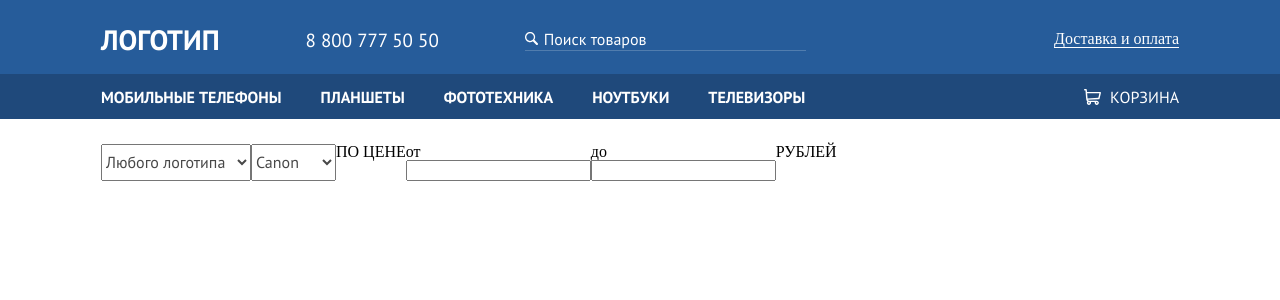
Repository: sem1103/WEBCompany
Page: index.html
The author's editor kept a copy of each file at every save. The page is drawn from the files as they stood at one save, then again after the next save.
The browser window is 1280 px wide. The pictures show the whole page.

Above is the page before, as saved 2024-01-11 19:31:08.

### index.html
<!DOCTYPE html>
<html lang="en">

<head>
    <meta charset="UTF-8">
    <meta name="viewport" content="width=device-width, initial-scale=1.0">
    <title>Интернет магазин</title>

    <link rel="preconnect" href="https://fonts.googleapis.com">
    <link rel="preconnect" href="https://fonts.gstatic.com" crossorigin>
    <link href="https://fonts.googleapis.com/css2?family=PT+Sans:wght@400;700&display=swap" rel="stylesheet">

    <link rel="stylesheet" href="styles/reset.css">
    <link rel="stylesheet" href="styles/main.css">
</head>

<body>
    <div id="page">
        <header>
            <div class="container">
                <div class="header__logo">
                    <span>ЛОГОТИП</span>
                </div>
                <p class="phone__number"><a href="tel:+78007775050">8 800 777 50 50</a></p>
                <div class="search__items">
                    <button>
                        <svg xmlns="http://www.w3.org/2000/svg" width="13" height="13" viewBox="0 0 13 13" fill="none">
                            <path
                                d="M8.68135 1.48741C6.69814 -0.495804 3.4703 -0.495804 1.48709 1.48741C-0.495696 3.47106 -0.495696 6.69846 1.48709 8.6821C3.2532 10.4478 6.00382 10.6369 7.98574 9.25819C8.02744 9.45553 8.12289 9.64383 8.27637 9.79731L11.1646 12.6855C11.5855 13.1055 12.2656 13.1055 12.6843 12.6855C13.1048 12.265 13.1048 11.5849 12.6843 11.1657L9.79613 8.27669C9.64351 8.1245 9.45477 8.02863 9.25744 7.98692C10.6371 6.00457 10.4479 3.25438 8.68135 1.48741ZM7.76949 7.77024C6.28885 9.25089 3.87916 9.25089 2.39895 7.77024C0.919166 6.2896 0.919166 3.88034 2.39895 2.3997C3.87916 0.919489 6.28885 0.919489 7.76949 2.3997C9.25013 3.88034 9.25013 6.2896 7.76949 7.77024Z"
                                fill="white" />
                        </svg>
                    </button>
                        <input type="text" name="itemName" placeholder="Поиск товаров">

                </div>
                <p class="delivery"><a href="">Доставка и оплата</a></p>
                <a href="" class="mobile__cart">
                    <svg xmlns="http://www.w3.org/2000/svg" width="21" height="20" viewBox="0 0 21 20" fill="none">
                        <path d="M20.1372 3.64139H3.71775L3.47368 0.816059C3.43376 0.354025 3.0611 0 2.61469 0H0.862433C0.386124 0 0 0.401223 0 0.896159C0 1.39109 0.386124 1.79232 0.862433 1.79232H1.82622C2.35292 7.8897 0.991675 -7.86977 2.81815 13.2755C2.88854 14.1031 3.31889 15.0012 4.06025 15.6114C2.72361 17.3851 3.94489 20 6.11917 20C7.92379 20 9.19662 18.1298 8.57776 16.3584H13.298C12.6799 18.1275 13.95 20 15.7566 20C17.1983 20 18.3713 18.7812 18.3713 17.2831C18.3713 15.7849 17.1983 14.5661 15.7566 14.5661H6.125C5.46988 14.5661 4.89899 14.1554 4.65258 13.557L18.4354 12.7153C18.8117 12.6924 19.13 12.4181 19.2215 12.0381L20.9739 4.75489C21.1097 4.19014 20.6983 3.64139 20.1372 3.64139ZM6.11917 18.2077C5.62857 18.2077 5.22939 17.7929 5.22939 17.2831C5.22939 16.7732 5.62857 16.3584 6.11917 16.3584C6.60981 16.3584 7.009 16.7732 7.009 17.2831C7.009 17.7929 6.60981 18.2077 6.11917 18.2077ZM15.7565 18.2077C15.2659 18.2077 14.8667 17.7929 14.8667 17.2831C14.8667 16.7732 15.2659 16.3584 15.7565 16.3584C16.2472 16.3584 16.6464 16.7732 16.6464 17.2831C16.6464 17.7929 16.2472 18.2077 15.7565 18.2077ZM17.7018 10.9648L4.42042 11.7758L3.87257 5.43367H19.0326L17.7018 10.9648Z" fill="white"/>
                      </svg>
                </a>
            </div>

            <nav>
                <ul class="container">
                    <li><a href="">МОБИЛЬНЫЕ ТЕЛЕФОНЫ</a></li>
                    <li><a href="">ПЛАНШЕТЫ</a></li>
                    <li><a href="">ФОТОТЕХНИКА</a></li>
                    <li><a href="">НОУТБУКИ</a></li>
                    <li><a href="">ТЕЛЕВИЗОРЫ</a></li>

                    <li class="desc__cart"><a href="">
                       <svg xmlns="http://www.w3.org/2000/svg" width="17" height="16" viewBox="0 0 17 16" fill="none">
                            <path d="M16.3015 2.91311H3.0096L2.81202 0.652847C2.77971 0.28322 2.47804 0 2.11666 0H0.69816C0.312576 0 0 0.320979 0 0.716927C0 1.11288 0.312576 1.43385 0.69816 1.43385H1.47837C1.90475 6.31176 0.802785 -6.29581 2.28136 10.6204C2.33834 11.2825 2.68672 12.0009 3.28687 12.4891C2.20482 13.9081 3.19349 16 4.95361 16C6.4145 16 7.44488 14.5038 6.9439 13.0868H10.765C10.2647 14.502 11.2928 16 12.7553 16C13.9224 16 14.872 15.0249 14.872 13.8264C14.872 12.628 13.9224 11.6529 12.7553 11.6529H4.95834C4.428 11.6529 3.96585 11.3243 3.76638 10.8456L14.9239 10.1723C15.2285 10.1539 15.4862 9.93446 15.5603 9.63048L16.9789 3.80391C17.0888 3.35211 16.7558 2.91311 16.3015 2.91311ZM4.95361 14.5661C4.55646 14.5661 4.23331 14.2343 4.23331 13.8264C4.23331 13.4186 4.55646 13.0868 4.95361 13.0868C5.3508 13.0868 5.67395 13.4186 5.67395 13.8264C5.67395 14.2343 5.3508 14.5661 4.95361 14.5661ZM12.7553 14.5661C12.3581 14.5661 12.035 14.2343 12.035 13.8264C12.035 13.4186 12.3581 13.0868 12.7553 13.0868C13.1525 13.0868 13.4756 13.4186 13.4756 13.8264C13.4756 14.2343 13.1525 14.5661 12.7553 14.5661ZM14.33 8.77181L3.57844 9.42062L3.13494 4.34693H15.4073L14.33 8.77181Z" fill="white"/>
                          </svg>
                        КОРЗИНА</a></li>
                </ul>
            </nav>
        </header>

        <main>
            <div class="filter-title container">
                <select name="" id="logo__filter">
                    <option value="Любого логотипа">Любого логотипа</option>
                    <option value="Компакт-камера">Компакт-камера</option>
                    <option value="Беззеркальная">Беззеркальная</option>
                    <option value="Зеркальная">Зеркальная</option>
                    <option value="Среднеформатная">Среднеформатная</option>
                </select>

                <select name="" id="brand__filter">
                    <option value="Canon">Canon</option>
                    <option value="Nikon">Nikon</option>
                    <option value="Sony">Sony</option>
                    <option value="Fujifilm">Fujifilm</option>
                    <option value="Samsung">Samsung</option>
                    <option value="Olympus">Olympus</option>

                </select>

                <div class="price__filter">
                    <p>ПО ЦЕНЕ</p>

                    <div class="price__from">
                        <p>от</p>
                        <input type="number" name="fromPrice" >
                    </div>
                    <div class="price__to">
                        <p>до</p>
                        <input type="number" name="toPrice" >

                    </div>
                    <p>РУБЛЕЙ</p>
                </div>
            </div>
        </main>

    </div>
</body>

</html>

### styles/reset.css
:root{
    --blue: #265C9A;
    --darkBlue: #1F497B;
    --yellow: #FBFF3D;
    --fontPT: 'PT Sans'
 }
html{
    scroll-behavior: smooth;
}
html,
body,
div,
span,
applet,
object,
iframe,
h1,
h2,
h3,
h4,
h5,
h6,
p,
blockquote,
pre,
a,
abbr,
acronym,
address,
big,
cite,
code,
del,
dfn,
em,
img,
ins,
kbd,
q,
s,
samp,
small,
strike,
strong,
sub,
sup,
tt,
var,
b,
u,
i,
center,
dl,
dt,
dd,
ol,
ul,
li,
fieldset,
form,
label,
legend,
table,
caption,
tbody,
tfoot,
thead,
tr,
th,
td,
article,
aside,
canvas,
details,
embed,
figure,
figcaption,
footer,
header,
hgroup,
menu,
nav,
output,
ruby,
section,
summary,
time,
mark,
audio,
video {
    margin: 0;
    padding: 0;
    border: 0;
    font-size: 100%;
    font: inherit;
    vertical-align: baseline
}

article,
aside,
details,
figcaption,
figure,
footer,
header,
hgroup,
menu,
nav,
section {
    display: block
}

body {
    line-height: 1;
}

ol,
ul {
    list-style: none
}

blockquote,
q {
    quotes: none
}

blockquote:before,
blockquote:after,
q:before,
q:after {
    content: '';
    content: none
}

table {
    border-collapse: collapse;
    border-spacing: 0
}

a {
    text-decoration: none;
    color: inherit;
    transition: all .3s ease-in-out
}

a:hover {
    color: #365edc;
}

* {
    box-sizing: border-box
}

main img{
    width: 100%;
    height: auto;
}

### styles/main.css


.container{
    max-width: 1078px;
    margin: 0 auto;
}
header{
    background: var(--blue);
}
nav{
    background: var(--darkBlue);
}
header > div{
    display: flex;
    align-items: center;
    padding: 21px 0 16px 0;
}
header a:hover{
    color: var(--yellow);
}
.header__logo span{
    font:700 28px var(--fontPT);
    color: #fff;
}
.phone__number{
    margin: 0 86px;
    font: 19px var(--fontPT);
    color: #fff;
}
.search__items{
    border-bottom: 1px solid #517DAE;
    max-width: 281px;
    width: 100%;
}
.search__items button{
    background-color: transparent;
    border: 0;
    padding: 0;
    margin: 0;
    cursor: pointer;
}
.search__items input{
    font: 16px var(--fontPT);
    background-color: transparent;
    border: 0;
    outline: 0;
    color: #fff;
}
.search__items input::placeholder{
    color: #fff;
}
.delivery{
    margin: 0 0 0 auto;
    color: #fff;
    border-bottom: 1px solid #fff;
}


.mobile__cart{
    display: none;
}


nav ul{
    display: flex;
    color: #fff;
    padding: 13px 0 12px 0;
}
nav li{
    margin: 0 39px 0 0;
    font: 700 16px var(--fontPT);
}
.desc__cart{
    margin: 0 0 0 auto;
    font-weight: 400;
}
.desc__cart a{
    display: flex;
    align-items: center;
}
.desc__cart svg{
    margin: 0 9px 0 0 ;
}


/*Filter*/
.filter-title{
    padding: 25px 0 23px 0;
    display: flex;
}
.price__filter{
    display: flex;
}

.filter-title select{
    font: 16px var(--fontPT);
    color: #484848;
    cursor: pointer;
}

After the next save:
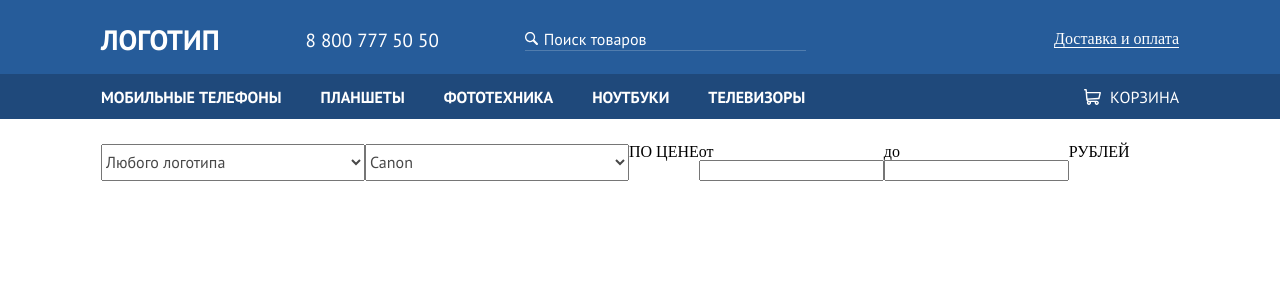
Saved 34 s later.
--- a/styles/main.css
+++ b/styles/main.css
@@ -96,4 +96,6 @@ nav li{
     font: 16px var(--fontPT);
     color: #484848;
     cursor: pointer;
+    max-width: 264px;
+    width: 100%;
 }
